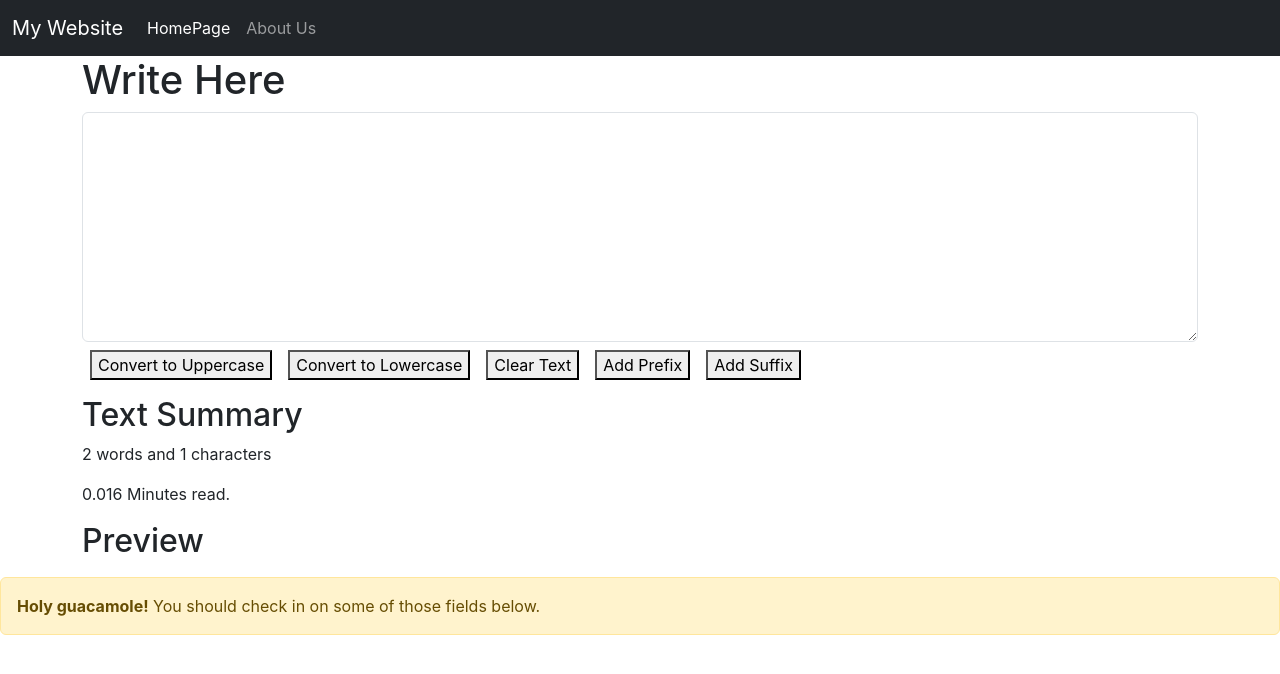
Repository: WajihaGul/Reactjs
Page: /
The author's editor kept a copy of each file at every save. The page is drawn from the files as they stood at one save, then again after the next save.
The browser window is 1280 px wide. The pictures show the whole page.
The project was rebuilt for these pictures with package versions that can differ from the ones it lists, and the page was loaded fresh each time. Also part of the build but not shown: src/App.css.

Above is the page before, as saved 2024-02-12 16:56:42.

After the next save:
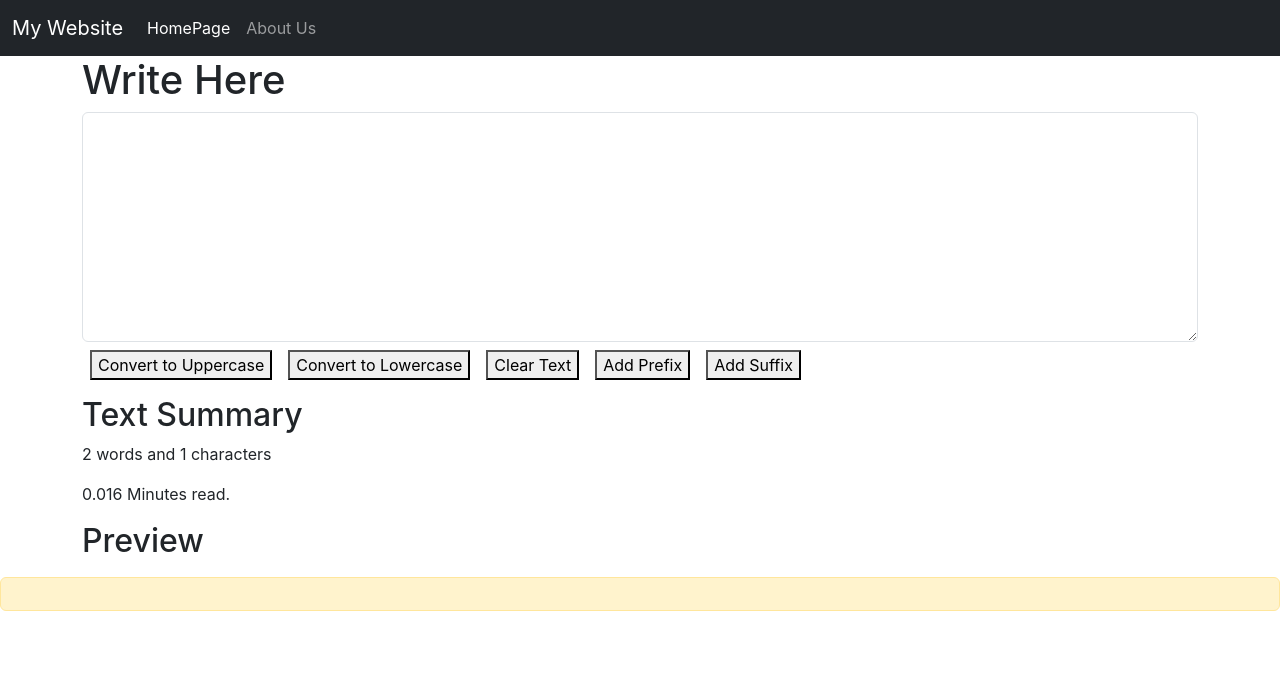
Saved 2 min 47 s later.
--- a/src/Components/Alert.js
+++ b/src/Components/Alert.js
@@ -3,7 +3,7 @@ import React from 'react'
 export default function Alert(props) {
   return (
     <div class="alert alert-warning alert-dismissible fade show" role="alert">
-    <strong>Holy guacamole!</strong> You should check in on some of those fields below.
+    <strong>{props.alert}</strong>
     </div>
   )
 }
